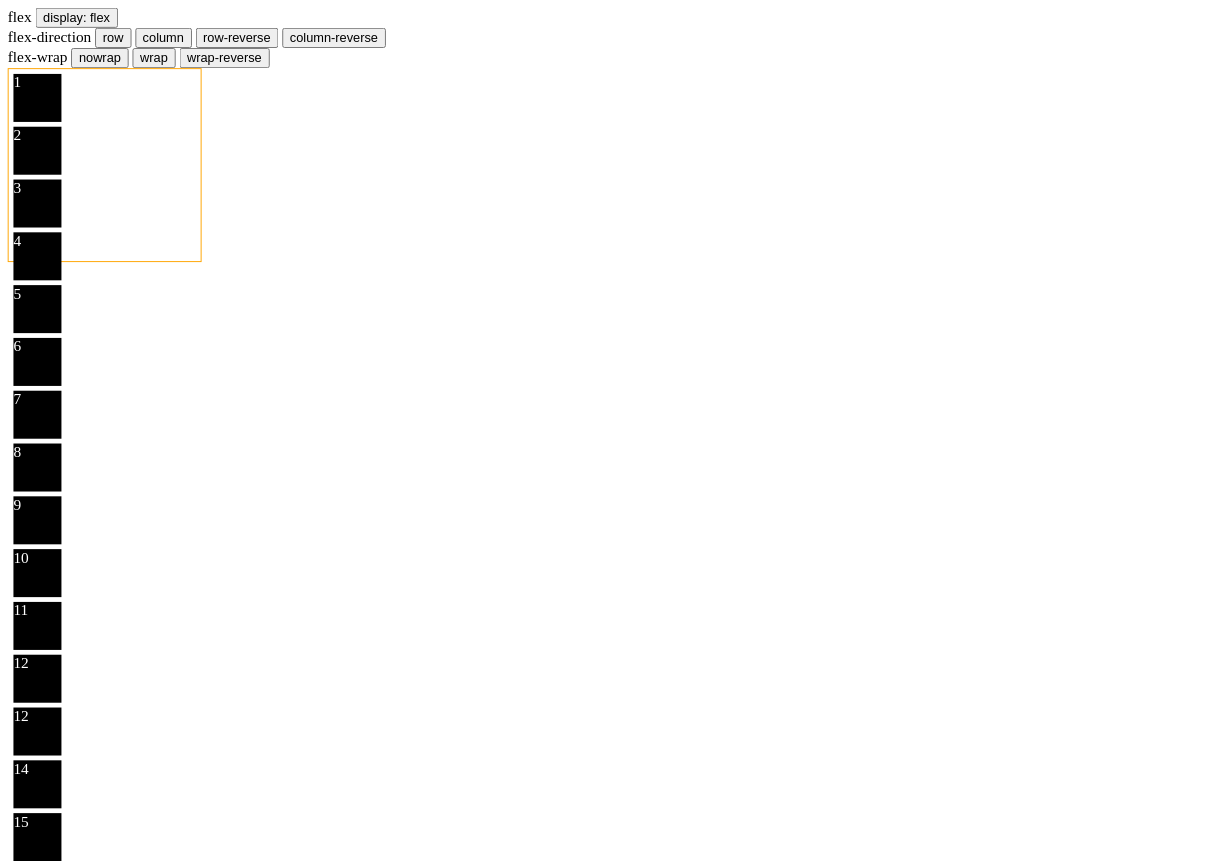
Repository: eeoooo/MINI-PROJECTS-HTML-CSS
Page: 220730-PracticeCSSFlex/index.html
The author's editor kept a copy of each file at every save. The page is drawn from the files as they stood at one save, then again after the next save.
The browser window is 1280 px wide. The pictures show the whole page, at 96% of full size.

Above is the page before, as saved 2022-07-30 19:28:13.

### 220730-PracticeCSSFlex/index.html
<!DOCTYPE html>
<html lang="en">
<head>
    <meta charset="UTF-8">
    <meta http-equiv="X-UA-Compatible" content="IE=edge">
    <meta name="viewport" content="width=device-width, initial-scale=1.0">
    <link rel="stylesheet" href="style.css">
    <script defer src="main.js"></script>
    <title>Document</title>
</head>
<body>
    <div class="buttons">
        <span class="flexSpan">flex</span>
        <button class="flexButton">display: flex</button>
        <div class="flex-directions">
            <span class="flex-direction">flex-direction</span>
            <button class="flex-direction-row">row</button>
            <button class="flex-direction-column">column</button>
            <button class="flex-direction-row-reverse">row-reverse</button>
            <button class="flex-direction-column-reverse">column-reverse</button>
        </div>
        <div class="flex-wraps">
            <span class="flex-wrap">flex-wrap</span>
            <button class="flex-wrap-nowrap">nowrap</button>
            <button class="flex-wrap-wrap">wrap</button>
            <button class="flex-wrap-wrap-reverse">wrap-reverse</button>
        </div>
    </div>
    <div class="container">
        <div class="box">1</div>
        <div class="box">2</div>
        <div class="box">3</div>
        <div class="box">4</div>
        <div class="box">5</div>
        <div class="box">6</div>
        <div class="box">7</div>
        <div class="box">8</div>
        <div class="box">9</div>
        <div class="box">10</div>
        <div class="box">11</div>
        <div class="box">12</div>
        <div class="box">12</div>
        <div class="box">14</div>
        <div class="box">15</div>
    </div>
</body>
</html>

### 220730-PracticeCSSFlex/style.css
.container {
  width: 200px;
  height: 200px;
  border: 1px solid orange;
}
.box {
  width: 50px;
  height: 50px;
  background-color: black;
  color: white;
  margin: 5px;
}

### 220730-PracticeCSSFlex/main.js
let container = document.querySelector('.container');
let boxes = document.querySelectorAll('.box');

let buttonFlex = document.querySelector('.flexButton');
let buttonsFlexDirection = document.querySelector('.flex-directions');
let buttonsFlexWrap = document.querySelector('.flex-wraps');

let clicked = ''
function setClicked(clickedItem){
    if (clicked){
        clicked.style.backgroundColor = '';}
    clickedItem.style.backgroundColor = 'lightBlue';
    clickedItem.style.border = '1px solid gray';
    clickedItem.style.borderRadius = '3px';
    clicked = clickedItem;
}
buttonFlex.addEventListener('click', ()=>{
    if( container.style.display == 'flex'){
        container.style.display = '';
        buttonFlex.textContent = 'display: flex';
        setClicked(buttonFlex);
    } else if (container.style.display == ''){
        container.style.display = 'flex';
        buttonFlex.textContent = 'display: block';
        setClicked(buttonFlex);
    }
})

buttonsFlexDirection.addEventListener('click', event => {
    if (event.target.tagName == 'BUTTON'){
        switch (event.target.attributes.class.value){
            case 'flex-direction-row':
                container.style.flexDirection = 'row';
                break
            case 'flex-direction-column':
                container.style.flexDirection = 'column';
                break
            case 'flex-direction-row-reverse':
                container.style.flexDirection = 'row-reverse';
                break
            case 'flex-direction-column-reverse':
                container.style.flexDirection = 'column-reverse';
                break
        }
        setClicked(event.target);
    }
})

buttonsFlexWrap.addEventListener('click',(event)=>{
    if (event.target.tagName == 'BUTTON'){
        switch (event.target.attributes.class.value){
            case 'flex-wrap-nowrap':
                container.style.flexWrap = 'nowrap';
                break
            case 'flex-wrap-wrap':
                container.style.flexWrap = 'wrap';
                break
            case 'flex-wrap-wrap-reverse':
                container.style.flexWrap = 'wrap-reverse';
                break
        }
        setClicked(event.target);
    }
})

After the next save:
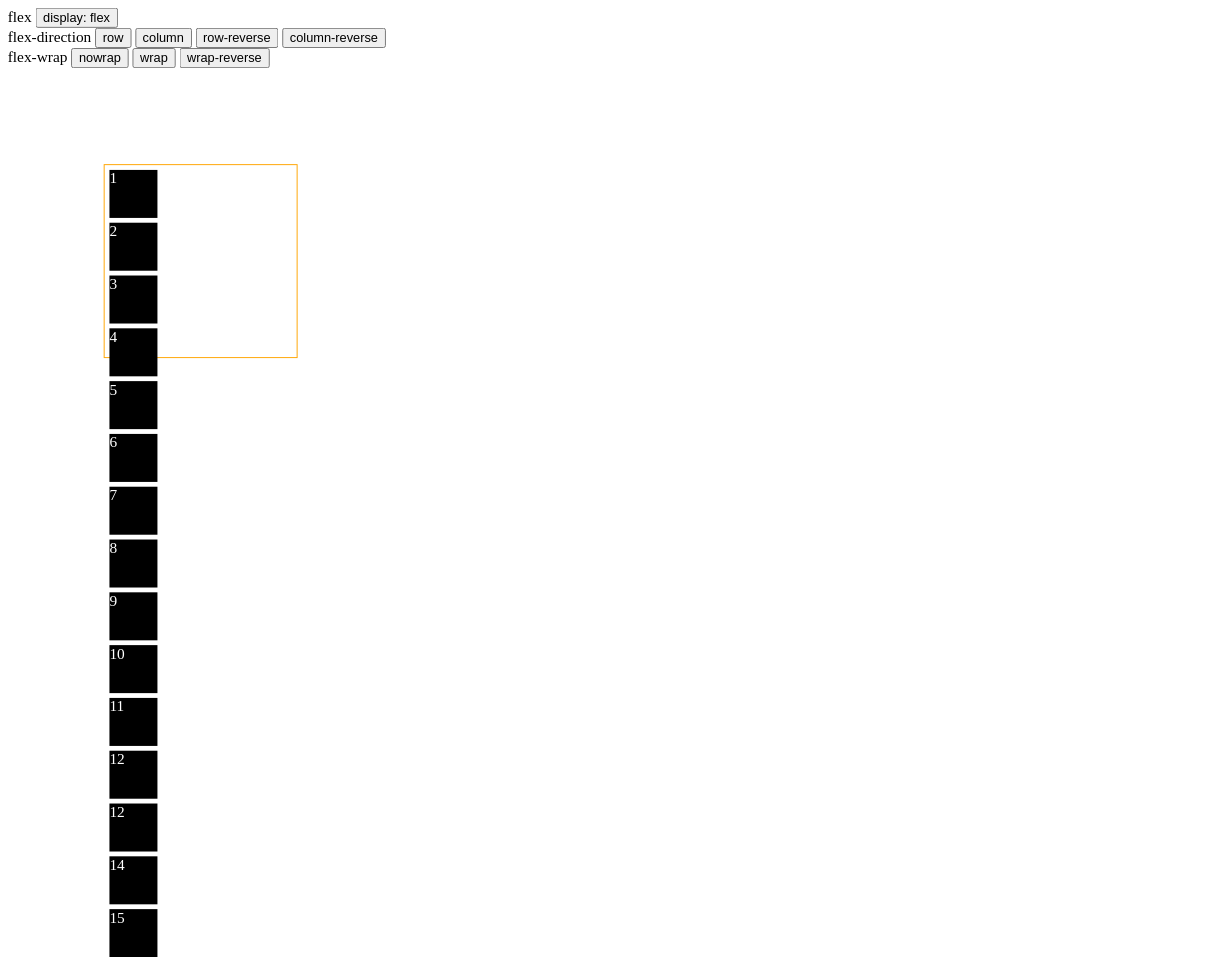
Saved 53 s later.
--- a/220730-PracticeCSSFlex/style.css
+++ b/220730-PracticeCSSFlex/style.css
@@ -2,6 +2,7 @@
   width: 200px;
   height: 200px;
   border: 1px solid orange;
+  margin: 100px;
 }
 .box {
   width: 50px;
